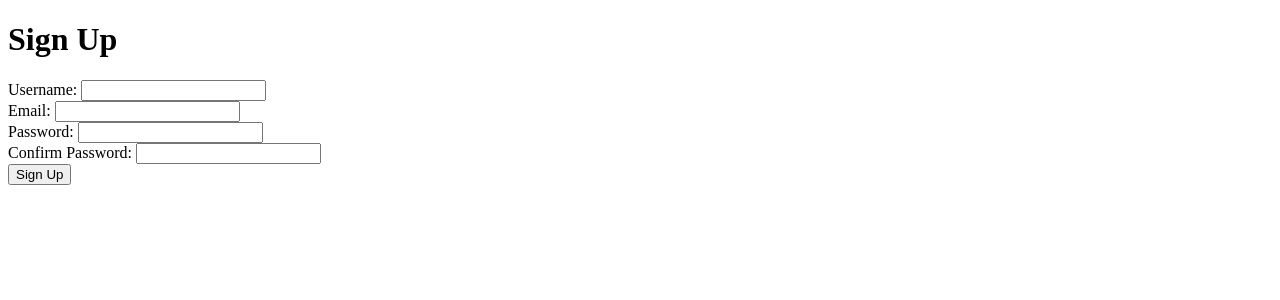
Repository: NiutaR/registrationForm
Page: index.html
These files come from the project's save history. The page is drawn as it stood at one moment and after the next save; the edit follows.
The browser window is 1280 px wide. The pictures show the whole page.

Above is the page before, as saved 2021-07-28 23:01:23.

After the next save:
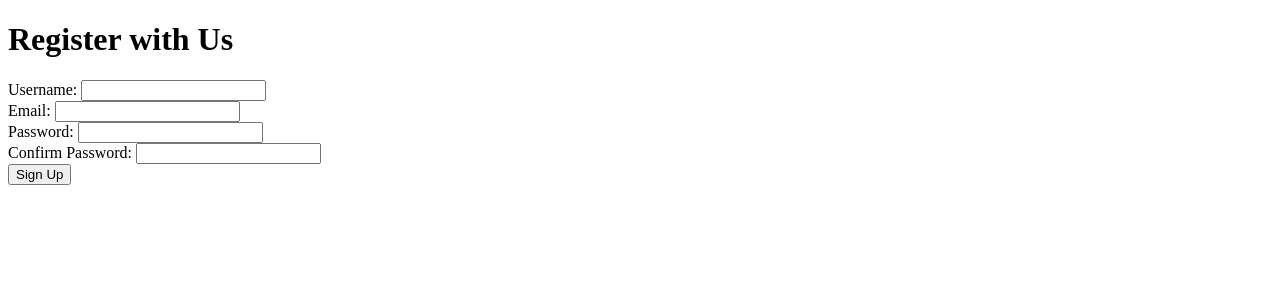
Saved 19 s later.
--- a/index.html
+++ b/index.html
@@ -12,7 +12,7 @@
 <body>
     <div class="container">
         <form id="signup" class="form">
-            <h1>Sign Up</h1>
+            <h1>Register with Us</h1>
             <div class="form-field">
                 <label for="username">Username:</label>
                 <input type="text" name="username" id="username" autocomplete="off">
